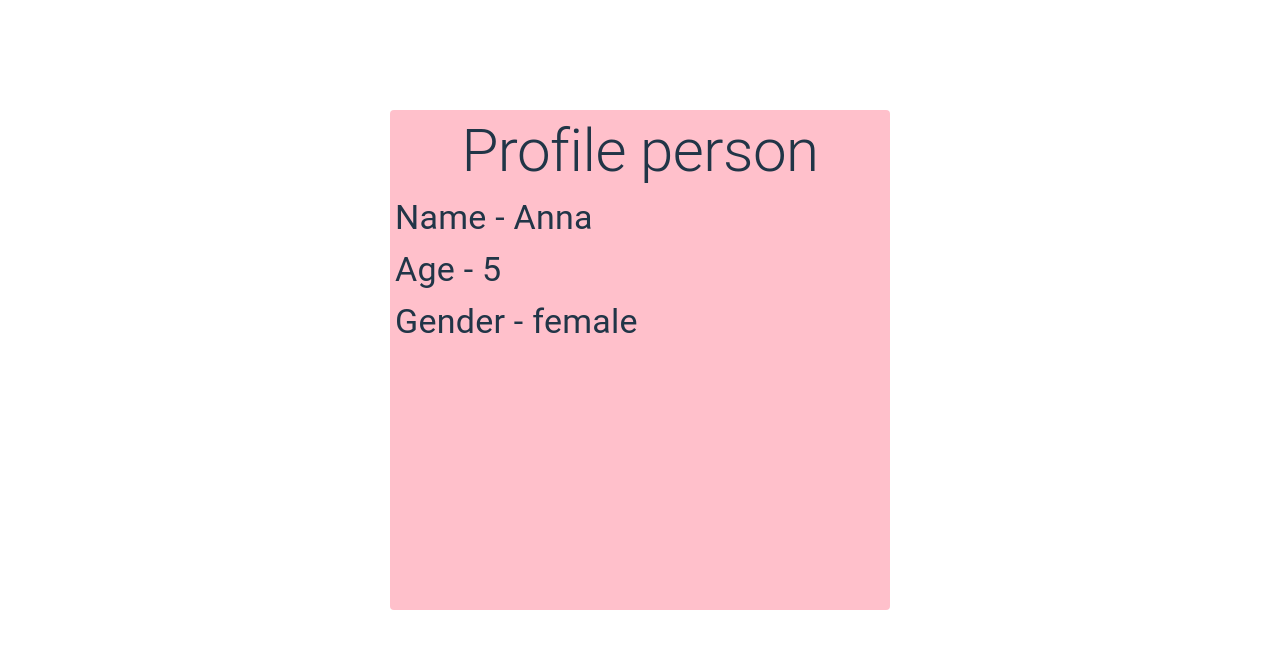
Repository: savannaaaas/props
Page: /
These files come from the project's save history. The page is drawn as it stood at one moment and after the next save; the edit follows.
The browser window is 1280 px wide. The pictures show the whole page.
The project was rebuilt for these pictures with package versions that can differ from the ones it lists, and the page was loaded fresh each time. Also part of the build but not shown: vite.config.js.

Above is the page before, as saved 2025-07-07 23:48:12.

### src/App.jsx
import "./App.css";
import Box from "@mui/material/Box";
import { Person } from "./components/Person";
/**1. Создать 6 любых компонент.
2. В компоненты передать props следующих типов данных:
number
string
boolean
object
function
array
3. Использовать в компонентах каждый prop.
4. Сделать деструктуризацию props. */
function App() {
  return (
    <Box
      sx={{
        width: 500,
        height: 500,
        borderRadius: 1,
        bgcolor: "pink",
      }}
    >
      <Person name={"Anna"} age={5} men={false} />
    </Box>
  );
}

export default App;

### src/components/Person.jsx
import Typography from "@mui/material/Typography";
export const Person = ({ name, age, men }) => {
  return (
    <>
      <Typography variant="h2" align="center" style={{ padding: "5px" }}>
        Profile person
      </Typography>
      <Typography variant="h4" align="left" style={{ padding: "5px" }}>
        Name - {name}
      </Typography>
      <Typography variant="h4" align="left" style={{ padding: "5px" }}>
        Age - {age}
      </Typography>
      <Typography variant="h4" align="left" style={{ padding: "5px" }}>
        Gender - {men ? "men" : "female"}
      </Typography>
    </>
  );
};

### src/components/Person1.jsx
import Typography from "@mui/material/Typography";
export const Person = ({ name, age, men }) => {
  return (
    <>
      <Typography variant="h2" align="center" style={{ padding: "5px" }}>
        Profile person
      </Typography>
      <Typography variant="h4" align="left" style={{ padding: "5px" }}>
        Name - {name}
      </Typography>
      <Typography variant="h4" align="left" style={{ padding: "5px" }}>
        Age - {age}
      </Typography>
      <Typography variant="h4" align="left" style={{ padding: "5px" }}>
        Gender - {men ? "men" : "female"}
      </Typography>
    </>
  );
};

Loaded but not shown: index.html (common file); src/main.jsx (common file); src/index.css (common file); src/App.css (common file)

After the next save:
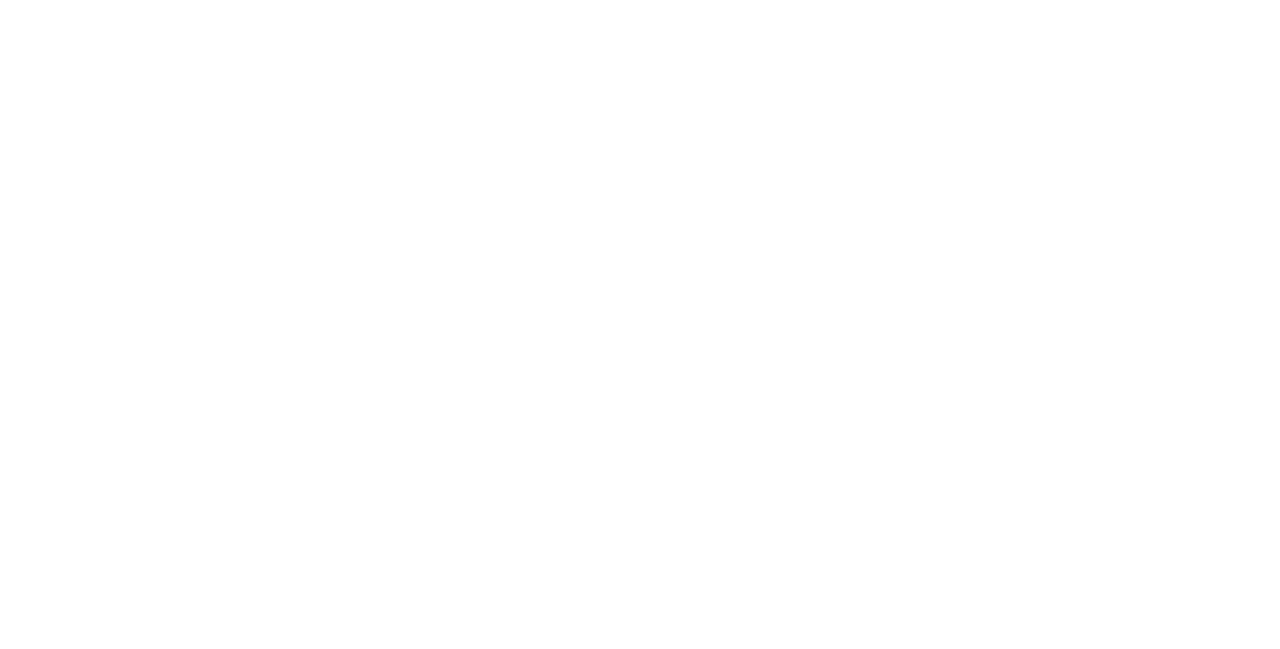
Console error: ReferenceError: Person1 is not defined
Saved 2 min 48 s later.
--- a/src/App.jsx
+++ b/src/App.jsx
@@ -21,7 +21,7 @@ function App() {
         bgcolor: "pink",
       }}
     >
-      <Person name={"Anna"} age={5} men={false} />
+      <Person1 name={"Anna"} age={5} men={false} />
     </Box>
   );
 }

After the 4 saves that followed:
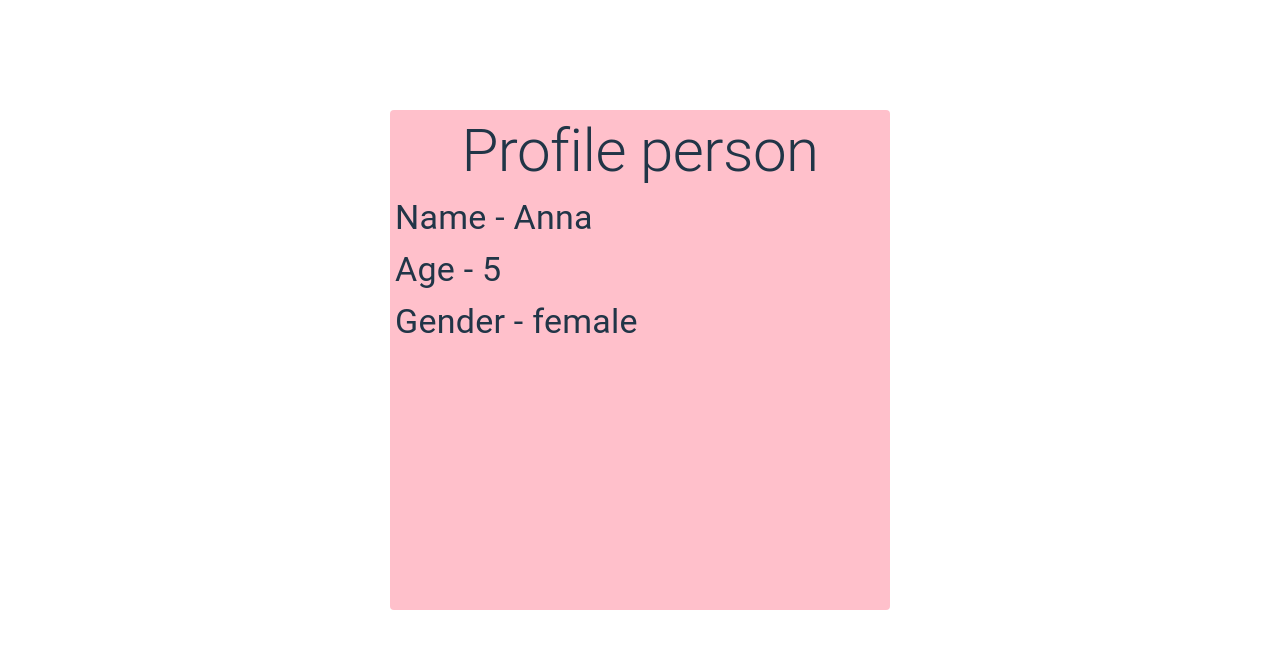
The error is gone.
The 4 saves are shown as one change because 2 did not build or start and 1 left the picture as it was.
The last was saved 2 min 29 s later.
--- a/src/App.jsx
+++ b/src/App.jsx
@@ -1,6 +1,6 @@
 import "./App.css";
 import Box from "@mui/material/Box";
-import { Person } from "./components/Person";
+import { Person1 } from "./components/Person1";
 /**1. Создать 6 любых компонент.
 2. В компоненты передать props следующих типов данных:
 number
@@ -12,6 +12,7 @@ array
 3. Использовать в компонентах каждый prop.
 4. Сделать деструктуризацию props. */
 function App() {
+  const obj = { country: "Minsk" };
   return (
     <Box
       sx={{
--- a/src/components/Person1.jsx
+++ b/src/components/Person1.jsx
@@ -1,5 +1,5 @@
 import Typography from "@mui/material/Typography";
-export const Person = ({ name, age, men }) => {
+export const Person1 = ({ name, age, men }) => {
   return (
     <>
       <Typography variant="h2" align="center" style={{ padding: "5px" }}>
